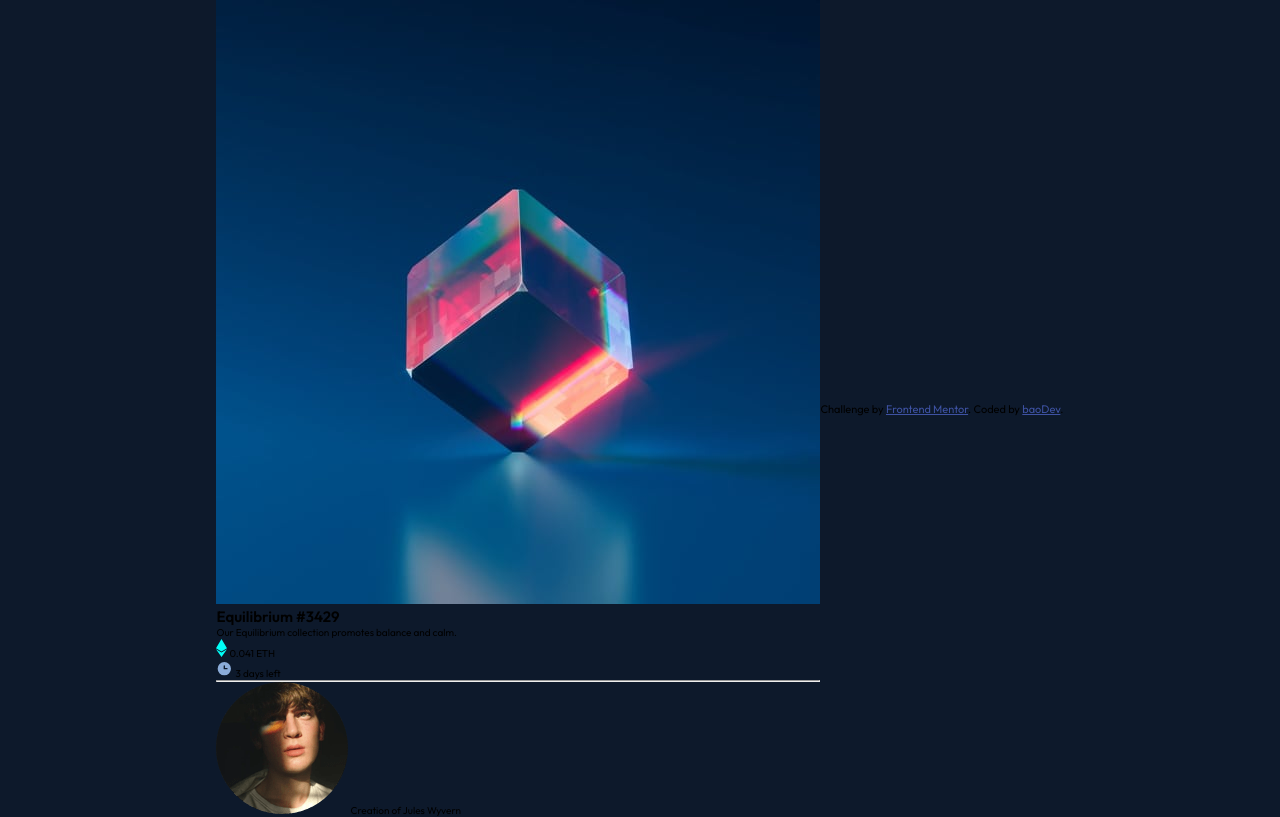
Repository: thaibaocoder1/nft-preview-card-component
Page: index.html
The author's editor kept a copy of each file at every save. The page is drawn from the files as they stood at one save, then again after the next save.
The browser window is 1280 px wide. The pictures show the whole page.

Above is the page before, as saved 2023-01-06 18:28:10.

After the next save:
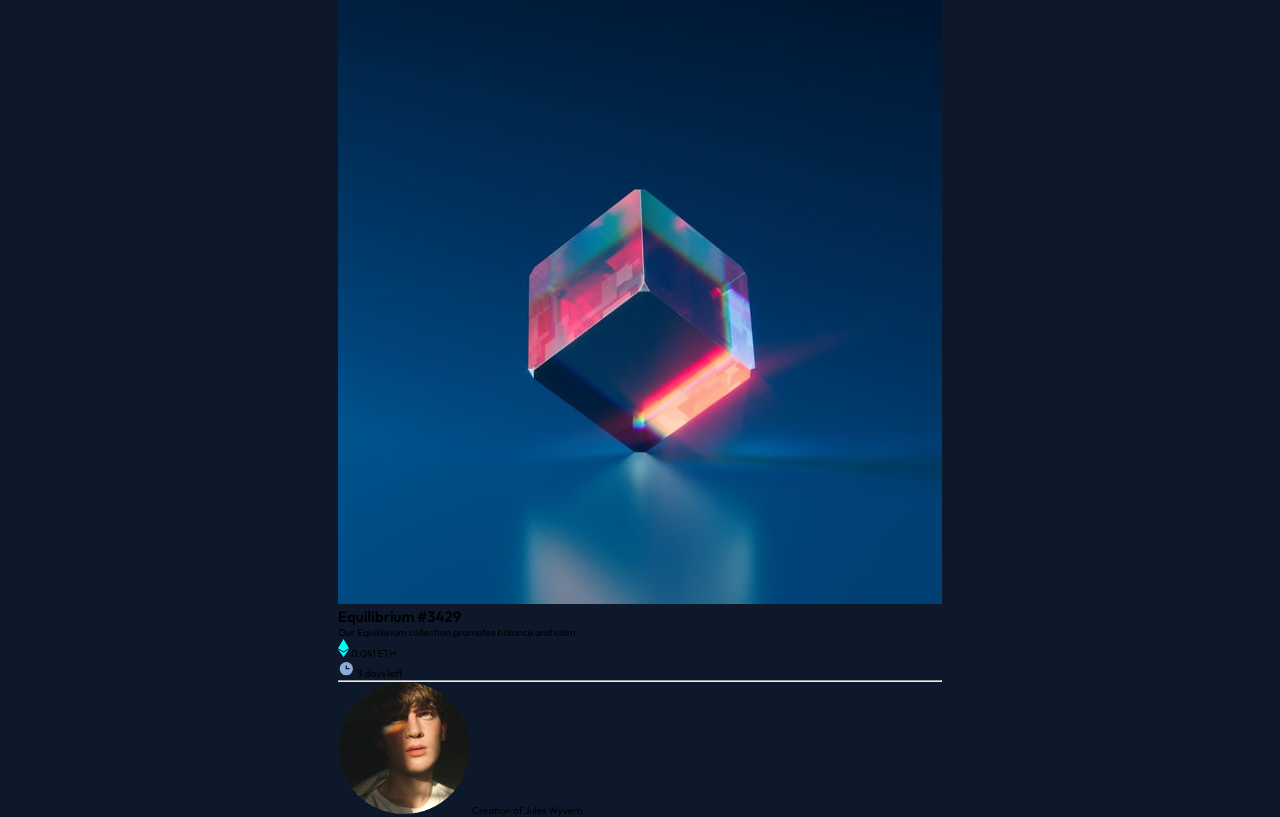
Saved 8 s later.
--- a/index.html
+++ b/index.html
@@ -38,10 +38,10 @@
   </main>
 
 
-  <div class="attribution">
+  <!-- <div class="attribution">
     Challenge by <a href="https://www.frontendmentor.io?ref=challenge" target="_blank">Frontend Mentor</a>.
     Coded by <a href="#">baoDev</a>.
-  </div>
+  </div> -->
 </body>
 </html>
 <!-- Equilibrium #3429
